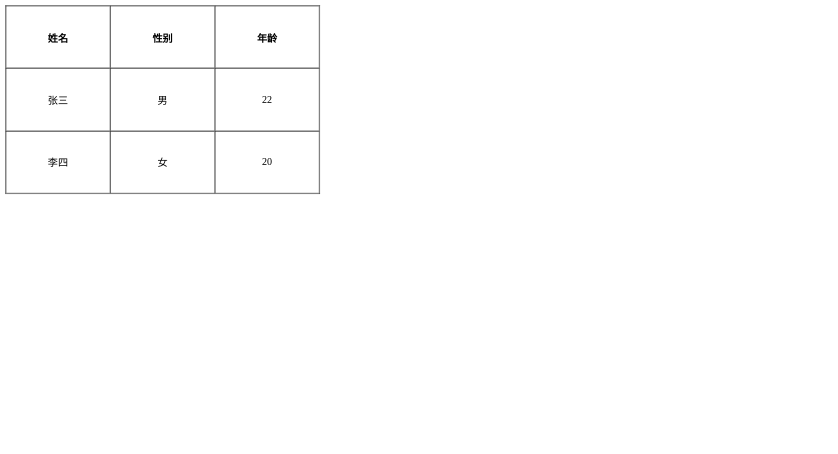
Repository: ls02/VSCode
Page: Java/2022/6-28-1/Test.html
An editor plug-in stored every save of this project. The page is shown before and after the next save, followed by the edit.
The browser window is 1280 px wide. The page is 1280 px wide, then 1330 px, so the pictures cover 1330 px, including what lies to the right of the window. The pictures show the whole page, at 63% of full size.

Above is the page before, as saved 2022-06-29 14:13:33.

After the next save:
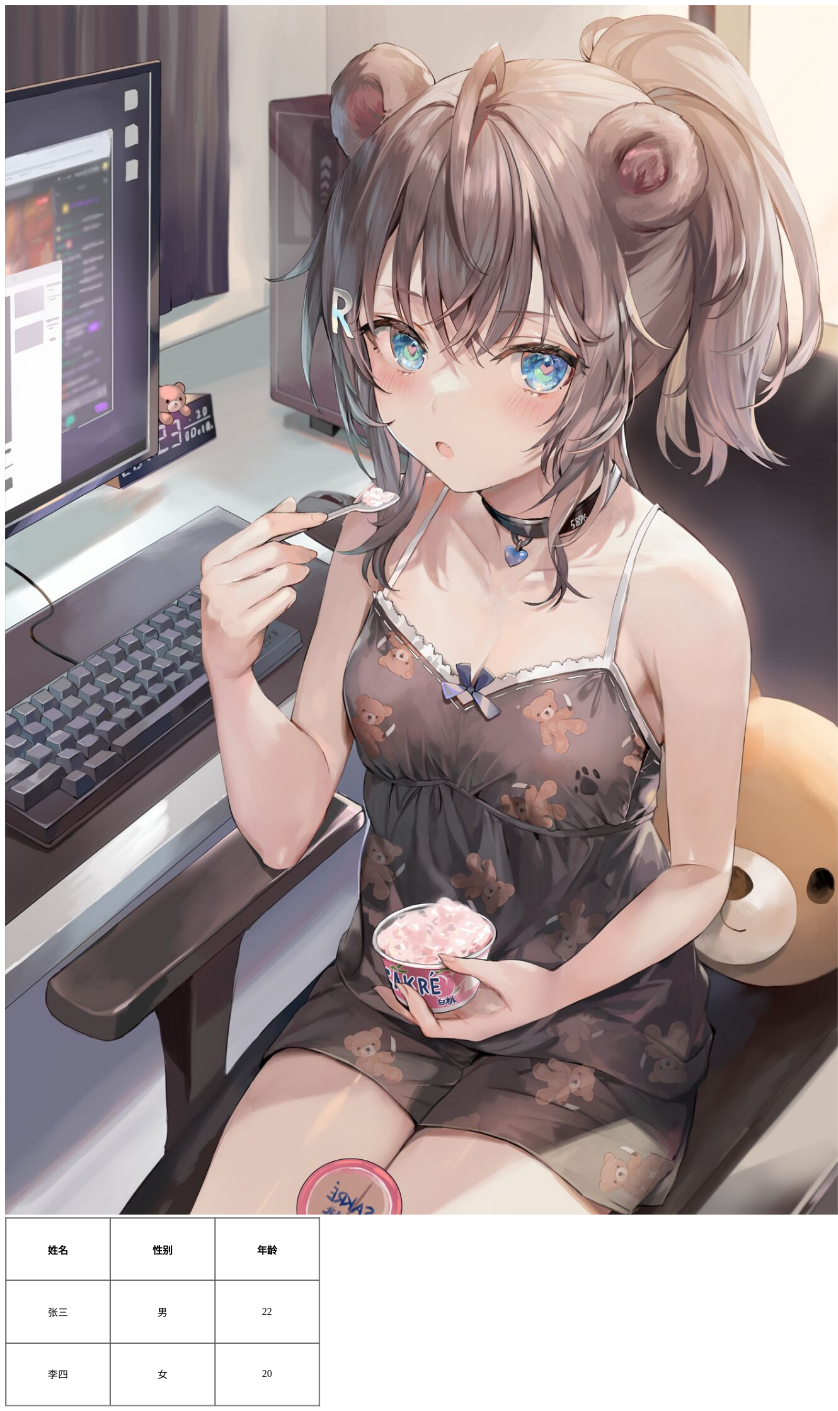
Saved 37 s later.
--- a/Java/2022/6-28-1/Test.html
+++ b/Java/2022/6-28-1/Test.html
@@ -2,7 +2,7 @@
  * @Author: ls02 <2877455773@qq.com>
  * @Date: 2022-06-28 16:01:52
  * @LastEditors: ls02 <2877455773@qq.com>
- * @LastEditTime: 2022-06-28 18:19:45
+ * @LastEditTime: 2022-06-29 14:14:09
  * @FilePath: \Java\2022\6-28-1\Test.html
  * @Description:
  *
@@ -22,6 +22,7 @@
             text-align: center;
         }
     </style>
+    <img src="img/1.jpg">
     <!-- <a href="https://www.baidu.com" target="_blank">这是一个超链接</a> -->
     <table width="500px" height="300px" border="1px" cellspacing="0" >
         <tr>
